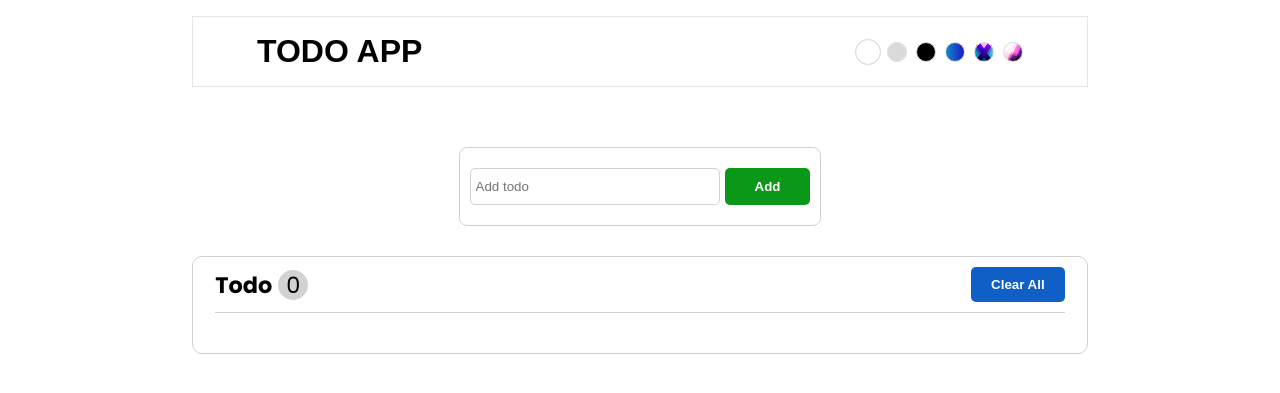
Repository: michalmilek/TodoApp
Page: /
These files come from the project's save history. The page is drawn as it stood at one moment and after the next save; the edit follows.
The browser window is 1280 px wide. The pictures show the whole page.
Some web fonts or font styles are not loaded; a fallback is used. The project was rebuilt for these pictures with package versions that can differ from the ones it lists, and the page was loaded fresh each time. Also part of the build but not shown: vite.config.js.

Above is the page before, as saved 2023-02-01 15:56:32.

After the next save:
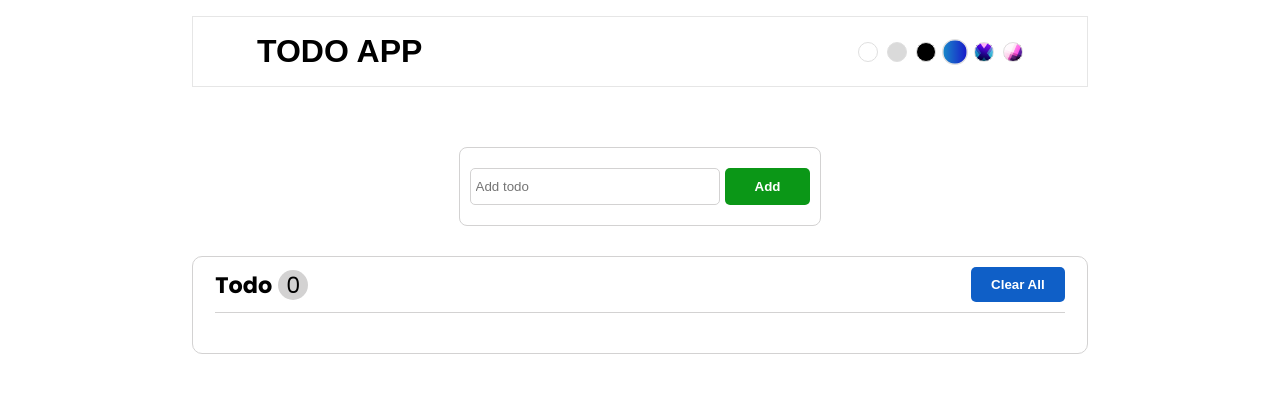
Saved 10 s later.
--- a/src/App.jsx
+++ b/src/App.jsx
@@ -5,7 +5,7 @@ import Header from "./components/Header";
 import ShowTodo from "./components/ShowTodo";
 
 function App() {
-  const [theme, setTheme] = useState("light");
+  const [theme, setTheme] = useState("g1");
   const [todolist, setTodolist] = useState(
     JSON.parse(localStorage.getItem("todolist")) || []
   );
